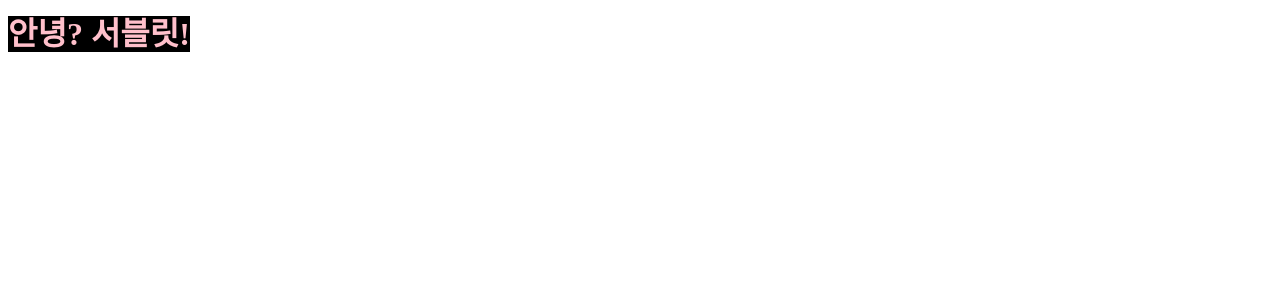
Repository: yoonseo0832/workspace
Page: 05_server/1_servlet/src/main/webapp/index.html
These files come from the project's save history. The page is drawn as it stood at one moment and after the next save; the edit follows.
The browser window is 1280 px wide. The pictures show the whole page.

Above is the page before, as saved 2025-03-19 01:35:18.

After the next save:
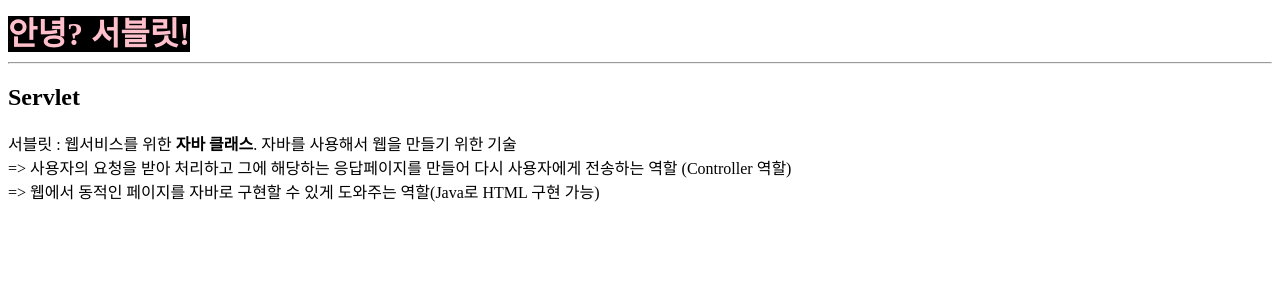
Saved 5 min 26 s later.
--- a/05_server/1_servlet/src/main/webapp/index.html
+++ b/05_server/1_servlet/src/main/webapp/index.html
@@ -13,5 +13,19 @@
 </head>
 <body>
 	<h1>안녕? 서블릿!</h1>
+
+	<hr>
+
+	<h2>Servlet</h2>
+	<p>
+		서블릿 : 웹서비스를 위한 <b>자바 클래스</b>. 자바를 사용해서 웹을 만들기 위한 기술<br>
+		=> 사용자의 요청을 받아 처리하고 그에 해당하는 응답페이지를 만들어 다시 사용자에게 전송하는 역할
+		(Controller 역할)<br>
+		=> 웹에서 동적인 페이지를 자바로 구현할 수 있게 도와주는 역할(Java로 HTML 구현 가능)
+	</p>
+
+	<br><br>
+
+	<a href="www.naver.com"></a>
 </body>
 </html>
